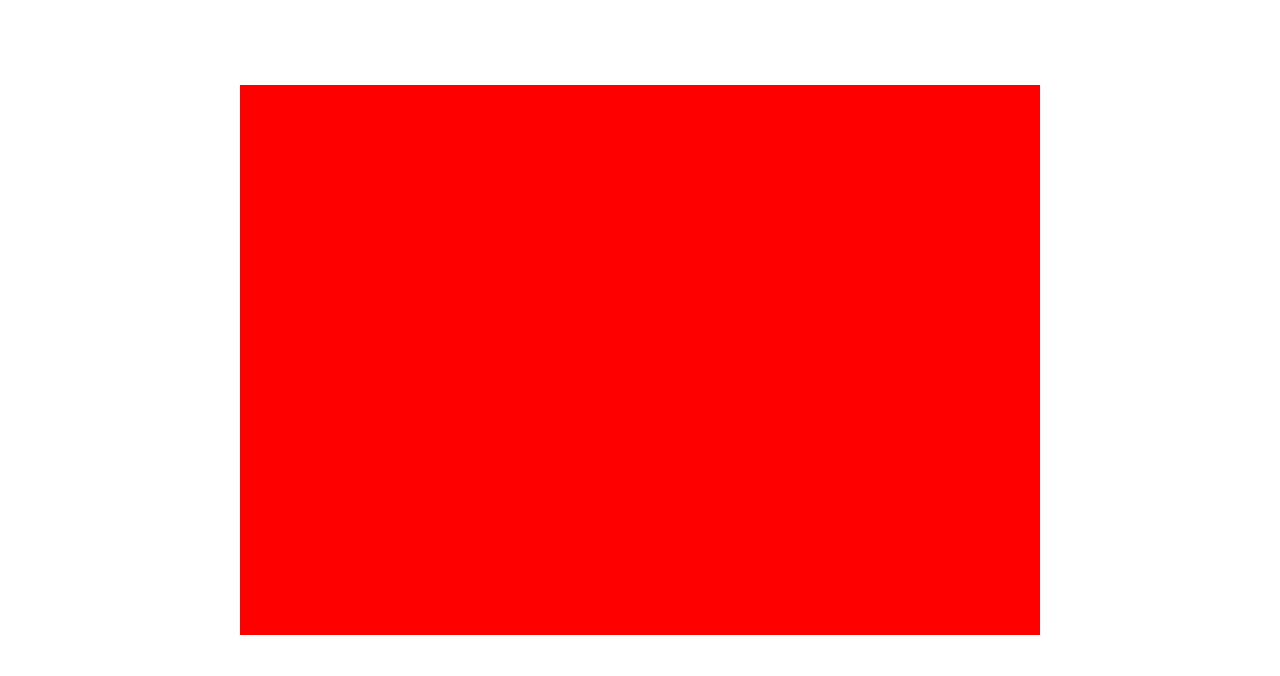
Repository: gyypwrs/css-practice
Page: pull-over/index.html
These files come from the project's save history. The page is drawn as it stood at one moment and after the next save; the edit follows.
The browser window is 1280 px wide. The pictures show the whole page.

Above is the page before, as saved 2022-05-16 14:31:18.

After the next save:
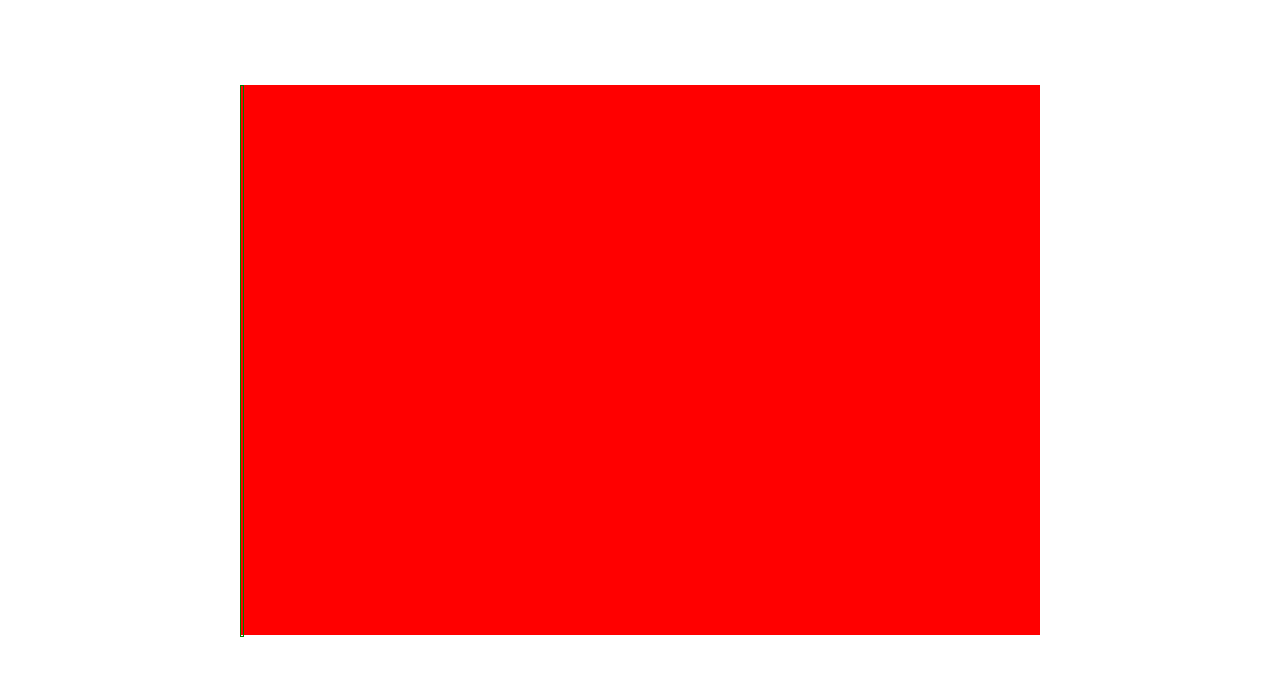
Saved 2 min 11 s later.
--- a/pull-over/index.html
+++ b/pull-over/index.html
@@ -4,7 +4,7 @@
  * @Author: Hongyu
  * @Date: 2022-05-14 18:11:46
  * @LastEditors: Hongyu
- * @LastEditTime: 2022-05-16 14:31:05
+ * @LastEditTime: 2022-05-16 14:33:29
 -->
 <!DOCTYPE html>
 <html>
@@ -26,6 +26,11 @@
         margin: auto;
         background: red;
       }
+      .push-line {
+        height: 550px;
+        width: 2px;
+        border: 1px solid green;
+      }
   </style>
   </head>
   <body>
